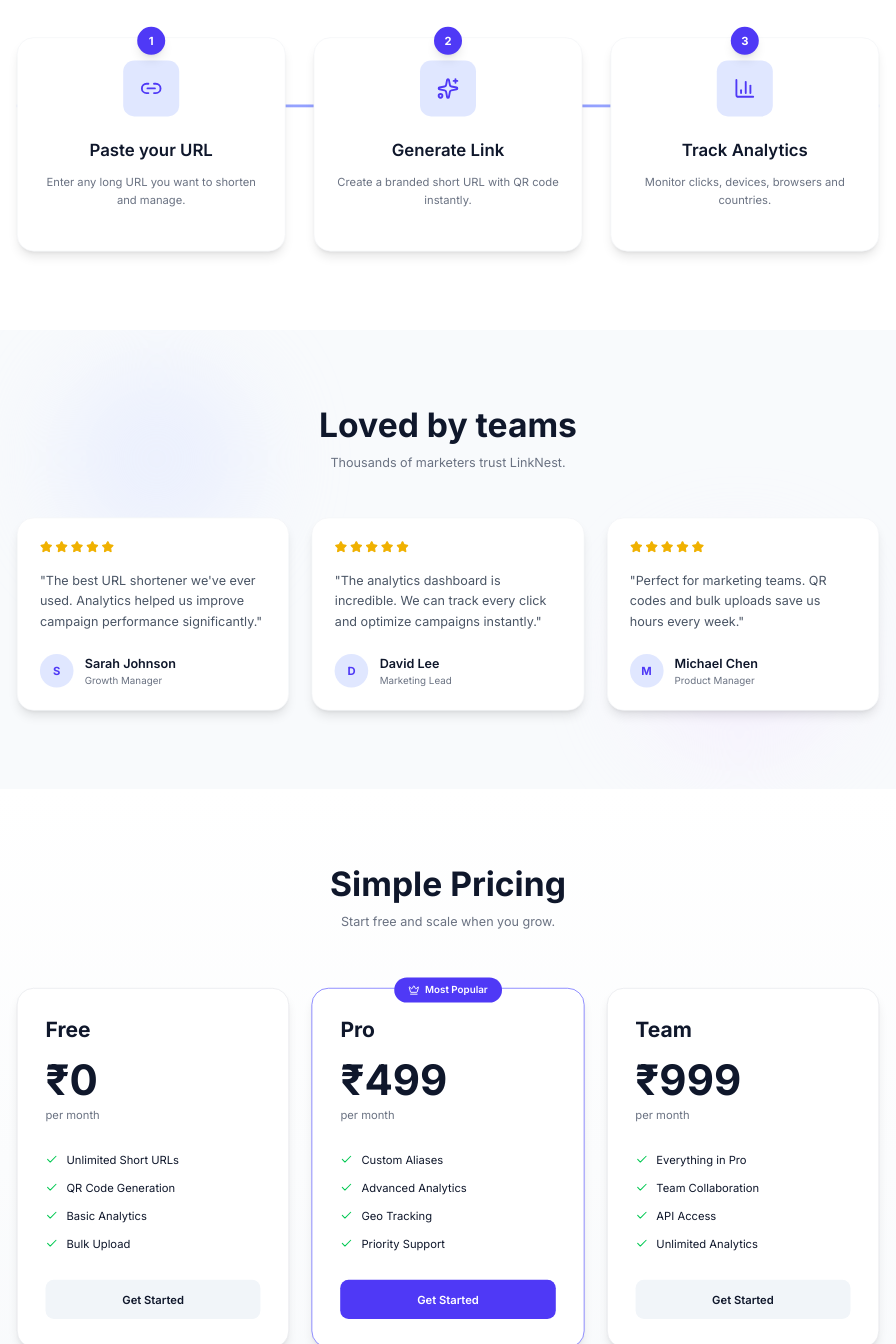
Repository: kiran2k5-ai/Url-Short
Page: / (app in url-shortener-frontend/)
The author's editor kept a copy of each file at every save. The page is drawn from the files as they stood at one save, then again after a run of saves.
The browser window is 1280 px wide. The pictures show the part of the page from y = 1925 to 3845 px (the page is 4820 px tall), at 70% of full size.
The page's requests for data from a server got no answer. The project was rebuilt for these pictures with package versions that can differ from the ones it lists, and the page was loaded fresh each time. No one was signed in, and anything a server would have sent is missing. Also part of the build but not shown: url-shortener-frontend/vite.config.js, url-shortener-frontend/src/services/api.js, url-shortener-frontend/src/services/authService.js, url-shortener-frontend/src/pages/Login.jsx, url-shortener-frontend/src/pages/Signup.jsx, url-shortener-frontend/src/api.js, url-shortener-frontend/src/context/AuthContext.jsx, url-shortener-frontend/src/pages/Dashboard.jsx and 1 more.

Above is the page before, as saved 2026-06-03 15:42:21.

After the next 2 saves:
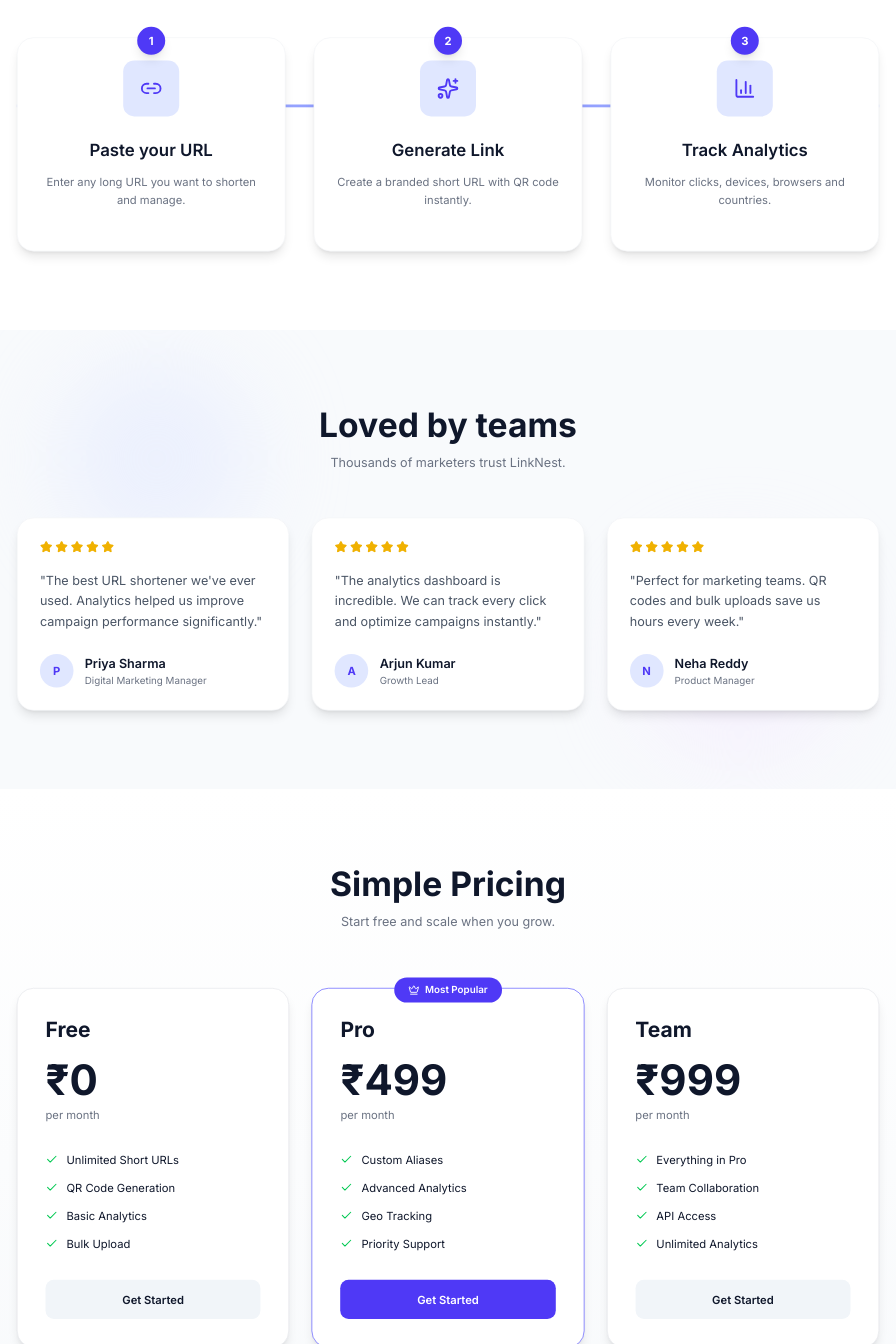
The 2 saves are shown as one change because they came seconds apart.
The last was saved 19 s later.
--- a/url-shortener-frontend/src/components/Testimonials.jsx
+++ b/url-shortener-frontend/src/components/Testimonials.jsx
@@ -5,17 +5,17 @@
 
     const testimonials = [
         {
-            name: "Sarah Johnson",
-            role: "Growth Manager",
+            name: "Priya Sharma",
+            role: "Digital Marketing Manager",
             text: "The best URL shortener we've ever used. Analytics helped us improve campaign performance significantly."
         },
         {
-            name: "David Lee",
-            role: "Marketing Lead",
+            name: "Arjun Kumar",
+            role: "Growth Lead",
             text: "The analytics dashboard is incredible. We can track every click and optimize campaigns instantly."
         },
         {
-            name: "Michael Chen",
+            name: "Neha Reddy",
             role: "Product Manager",
             text: "Perfect for marketing teams. QR codes and bulk uploads save us hours every week."
         }
